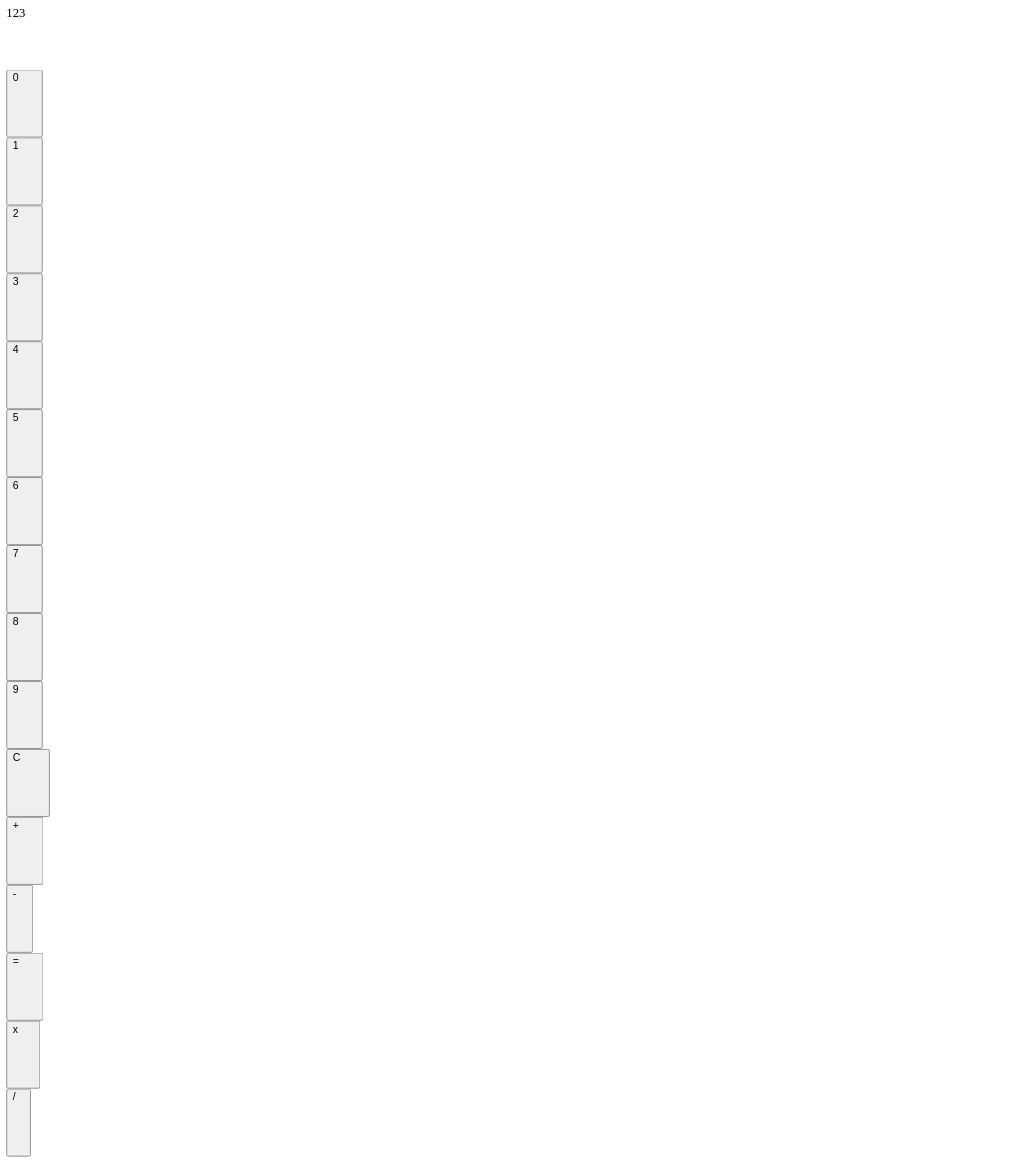
Repository: TEazy2433/LAB-calculator
Page: index.html
An editor plug-in stored every save of this project. The page is shown before and after the next save, followed by the edit.
The browser window is 1280 px wide. The pictures show the whole page, at 79% of full size.

Above is the page before, as saved 2023-10-13 15:51:35.

After the next save:
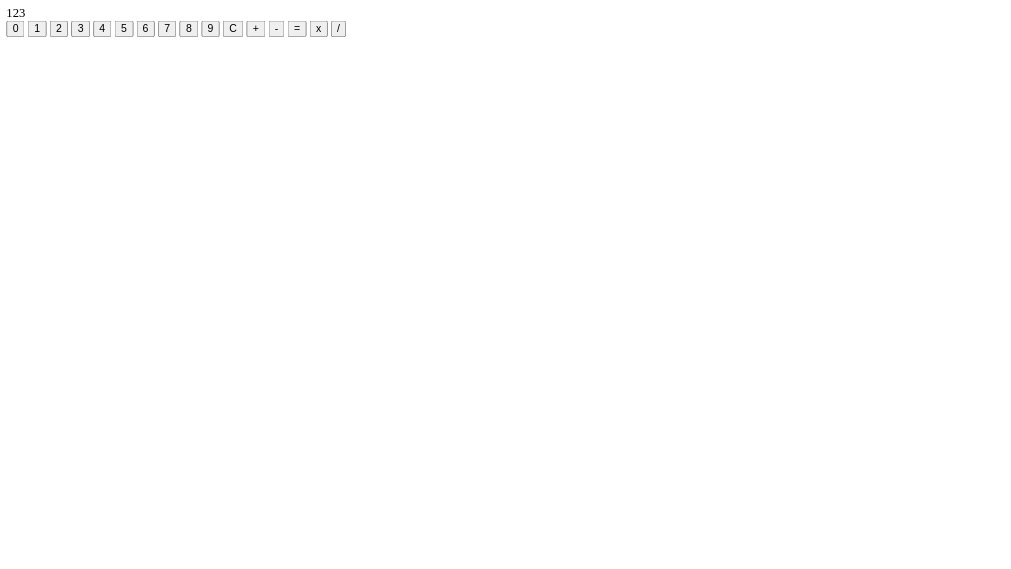
Saved 17 s later.
--- a/main.css
+++ b/main.css
@@ -1,4 +1,4 @@
-.buttons{
+.screen{
   display: grid;
   grid-template-columns: repeat(4,1fr);
   grid-auto-rows: 80px;
